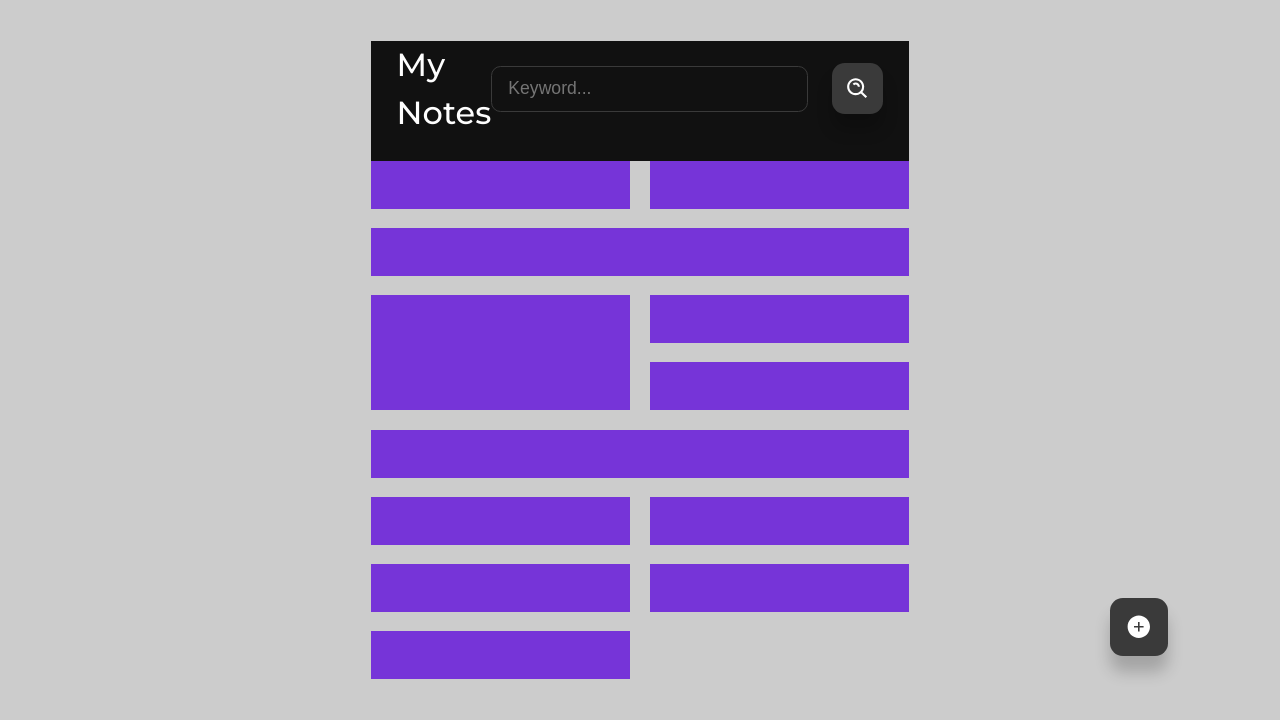
Repository: fatehailey/React-Notes-App
Page: /
The author's editor kept a copy of each file at every save. The page is drawn from the files as they stood at one save, then again after the next save.
The browser window is 1280 px wide. The pictures show the whole page.
The project was rebuilt for these pictures with package versions that can differ from the ones it lists, and the page was loaded fresh each time. Also part of the build but not shown: src/pages/CreateNote.jsx, src/pages/EditNote.jsx.

Above is the page before, as saved 2023-01-27 15:34:51.

### public/index.html
<html lang="en">
<head>
    <meta charset="UTF-8">
    <meta http-equiv="X-UA-Compatible" content="IE=edge">
    <meta name="viewport" content="width=device-width, initial-scale=1.0">
    <title>React Notes App</title>
</head>
<body>
    <div id="root"></div>
</body>
</html>

### src/index.js
import App from './App'
import ReactDOM from 'react-dom/client'
import './index.css'
const root = ReactDOM.createRoot(document.querySelector("#root"))

root.render(<App />)

### src/App.jsx
import { BrowserRouter, Routes, Route } from "react-router-dom";
import CreateNote from "./pages/CreateNote";
import Notes from "./pages/Notes";
import EditNotes from "./pages/EditNote";
const App = () => {
  return (
   <BrowserRouter>
   <Routes>
    <Route path='/' element={<Notes />}/>
    <Route path='/create-note' element={<CreateNote />}/>
    <Route path='/edit-note/:id' element={<EditNotes />}/>
   </Routes>
   </BrowserRouter>
  );
}

export default App;

### src/index.css
@import url('https://fonts.googleapis.com/css2?family=Montserrat:wght@300;400;500;600;700&display=swap');

* {
    margin: 0;
    padding: 0;
    border: 0;
    outline: 0;
    list-style: none;
    text-decoration: none;
    box-sizing: border-box;
}

:root {
    --color-bg-dark: #3a3a3a;
    --color-bg-black: #111111;
    --color-white: #fefefe;
    --color-primary: #7634d8;
    --color-danger: rgb(249, 84, 84);
}

body {
    font-family: 'Montserrat', sans-serif;
    display: grid;
    place-items: center;
    color: var(--color-white);
    background: #ccc;
    line-height: 1.5;
}

.btn {
    background: var(--color-bg-dark);
    border-radius: 0.8rem;
    padding: 0.8rem;
    font-size: 1.6rem;
    color: var(--color-white);
    box-shadow: 0 1rem 1rem rgba(0, 0, 0, 0.2);
    transition: all 300ms ease;
}

.btn.lg {
    padding: 0.8rem 1.5rem;
    font-size: 1.2rem;
    box-shadow: 0 1rem 1.5rem rgba(0, 0, 0, 0.4);
}

.btn.danger {
    background: var(--color-danger);
}

.btn.primary {
    background: var(--color-primary);
}

.btn:hover {
    cursor: pointer;
    box-shadow: none;
}

#app {
    background: var(--color-bg-black);
    height: 48rem;
    width: 24rem;
    padding: 2rem 1.6rem;
    overflow-y: scroll;
    position: relative;
}

::-webkit-scrollbar {
    display: none;
}

h2,  h4 {
    font-weight: 500;
}

h2 {
    font-size: 2rem;
}






/* NOTES PAGE */
.notes__header {
    display: flex;
    align-items: center;
    justify-content: space-between;
    padding: 0 1.6rem 1.5rem;
    background: var(--color-bg-black);
    z-index: 9;
}


.notes__header input {
    padding: 0.7rem 1rem;
    background: transparent;
    border: 1px solid var(--color-bg-dark);
    border-radius: 0.6rem;
    color: var(--color-white);
    font-size: 1.1rem;
    width: 100%;
    margin-right: 1.5rem;
}

.notes__container {
    display: grid;
    grid-template-columns: 1fr 1fr;
    gap: 1.2rem;
}

.empty__notes {
    position: absolute;
    left: 50%;
    top: 50%;
    transform: translate(-50%, -50%);
}

.note {
    background: var(--color-primary);
    padding: 1rem;
    display: flex;
    flex-direction: column;
    gap: 1rem;
    cursor: pointer;
    transition: all 300ms ease;
    color: var(--color-white);
}

.note:hover {
    opacity: 0.9;
}

.note:nth-child(3) {
    grid-column: 1/3;
}

.note:nth-child(4) {
    grid-row: 3/5;
}

.note:nth-child(7) {
    grid-column: 1/3;
}

.note p {
    font-size: 0.8rem;
    opacity: 0.85;
}

.btn.add__btn {
    position: fixed;
    bottom: 4rem;
    right: 7rem;
    padding: 1rem;
}





/* CREATE NOTE & EDIT NOTE PAGE */
.create-note__header {
    display: flex;
    justify-content: space-between;
    align-items: center;
}

.create-note__form {
    display: flex;
    flex-direction: column;
    gap: 1rem;
    margin-top: 2rem;
}

.create-note__form input, .create-note__form textarea {
    width: 100%;
    padding: 0.5rem 1rem;
    background: transparent;
    border-radius: 0.2rem;
    font-size: 1.1rem;
    color: var(--color-white);
}

.create-note__form input {
    font-size: 2rem;
}


/* MEDIA QUERIES FOR PHONES */
@media screen and (max-width: 600px) {
    #app {
        width: 100vw;
        height: 100vh;
        padding: 2rem 1rem;
    }

    .notes__header {
        width: 100%;
        padding: 2rem 1rem;
        position: fixed;
        top: 0;
        left: 0;
    }

    .notes__container {
        margin-top: 5rem;
        gap: 1rem;
    }

    .btn.add__btn {
        padding: 1.5rem;
        font-size: 1.5rem;
        bottom: 6%;
        right: 2rem;
    }
}

### src/pages/Notes.jsx
import dummyNotes from '../dummy__notes'
import {BiSearchAlt} from  'react-icons/bi'
import { Link } from 'react-router-dom';
import {AiFillPlusCircle} from 'react-icons/ai'
import NoteItem from '../components/NoteItem'

const Notes = () => {
  return (
    <section>
        <header className="notes__header">
            <h2>My Notes</h2>
            <input type="text" autoFocus placeholder='Keyword...'/>
            <button className="btn"><BiSearchAlt /></button>
        </header>
        <div className="notes__container">
            {
                dummyNotes.map(note => <NoteItem key={note.id} note={note}/>)
            }
        </div>
            <Link className='btn add__btn'><AiFillPlusCircle /></Link>
    </section>
  );
}

export default Notes;

### src/components/NoteItem.jsx
import React from 'react';
import { Link } from 'react-router-dom';

const NoteItem = (note) => {
  return (
    <Link to={`/edit-note/${note.id}`} className="note">
<h4>{note.title}</h4>
<p>{note.date}</p>
    </Link>
  )
}

export default NoteItem;

Loaded but not shown: src/dummy__notes.js (library)

After the next save:
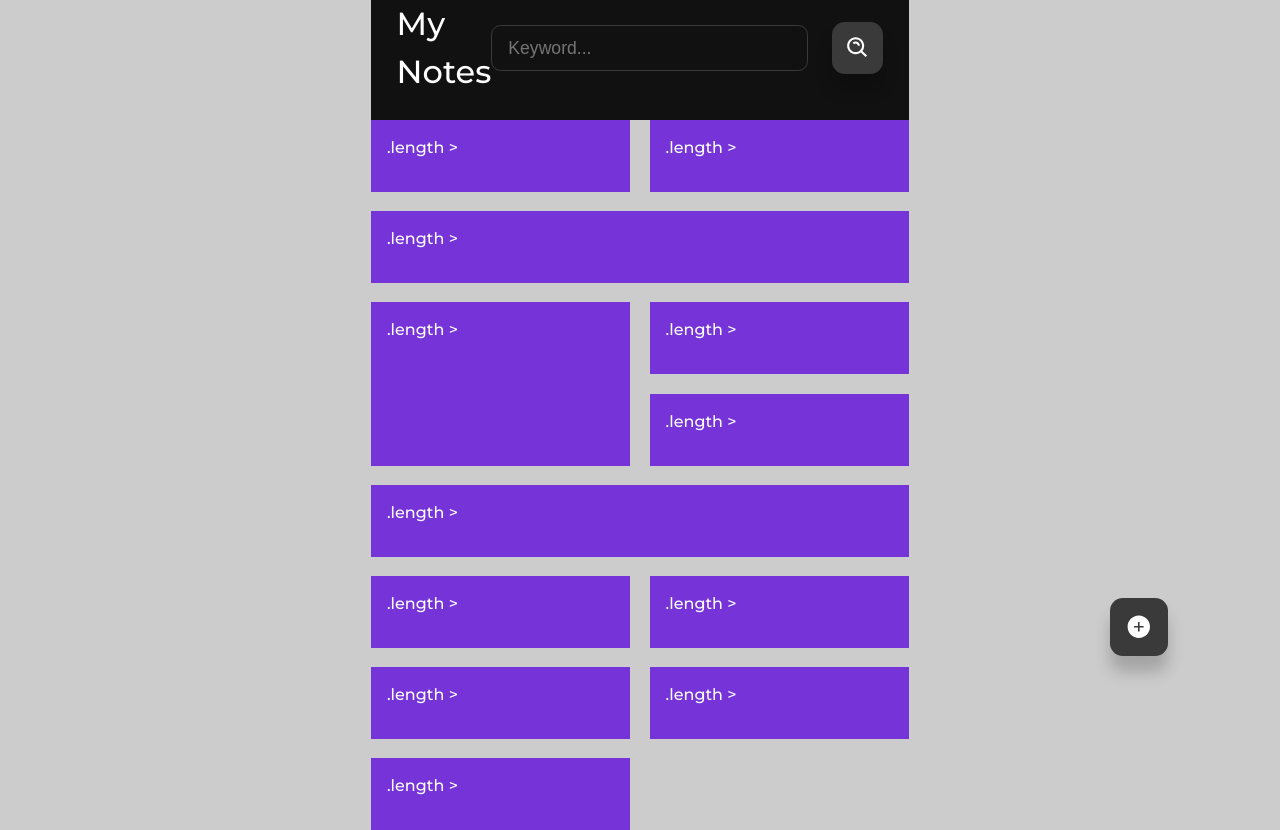
Saved 3 min 26 s later.
--- a/src/components/NoteItem.jsx
+++ b/src/components/NoteItem.jsx
@@ -4,7 +4,7 @@ import { Link } from 'react-router-dom';
 const NoteItem = (note) => {
   return (
     <Link to={`/edit-note/${note.id}`} className="note">
-<h4>{note.title}</h4>
+<h4>{note.title}.length ></h4>
 <p>{note.date}</p>
     </Link>
   )
